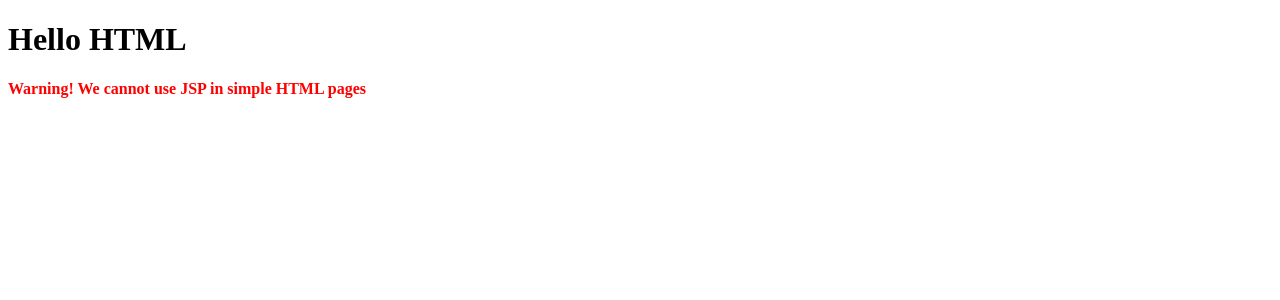
Repository: believemaster/JavaDynamicWeb-JSP
Page: Hello JSP/src/main/webapp/Hello.html
These files come from the project's save history. The page is drawn as it stood at one moment and after the next save; the edit follows.
The browser window is 1280 px wide. The pictures show the whole page.

Above is the page before, as saved 2022-05-24 17:38:20.

### Hello JSP/src/main/webapp/Hello.html
<!DOCTYPE html>
<html>
<head>
<meta charset="UTF-8">
<title>New HTML Page</title>
<style>
.highlight {
color: red;
font-weight: bold;
}
</style>
</head>
<body>
	<h1>Hello HTML</h1>
	<p class="highlight">Warning! We cannot use JSP in simple HTML pages</p>
</body>
</html>

After the next save:
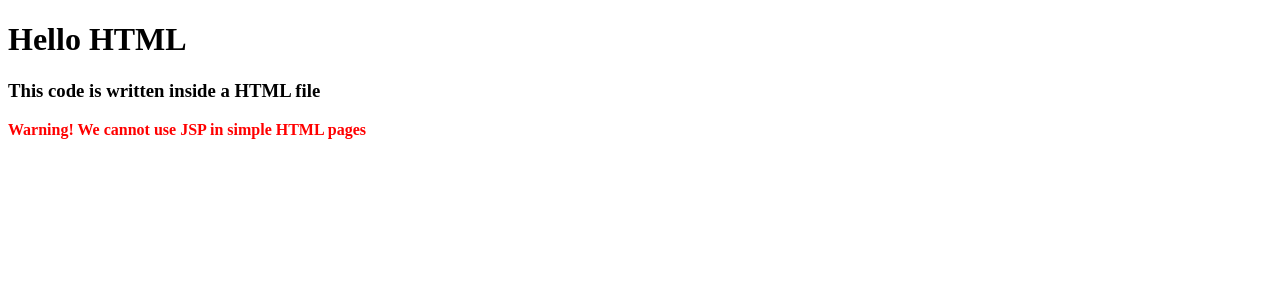
Saved 2 min 54 s later.
--- a/Hello JSP/src/main/webapp/Hello.html
+++ b/Hello JSP/src/main/webapp/Hello.html
@@ -12,6 +12,7 @@ font-weight: bold;
 </head>
 <body>
 	<h1>Hello HTML</h1>
+	<h3>This code is written inside a HTML file</h3>
 	<p class="highlight">Warning! We cannot use JSP in simple HTML pages</p>
 </body>
 </html>
